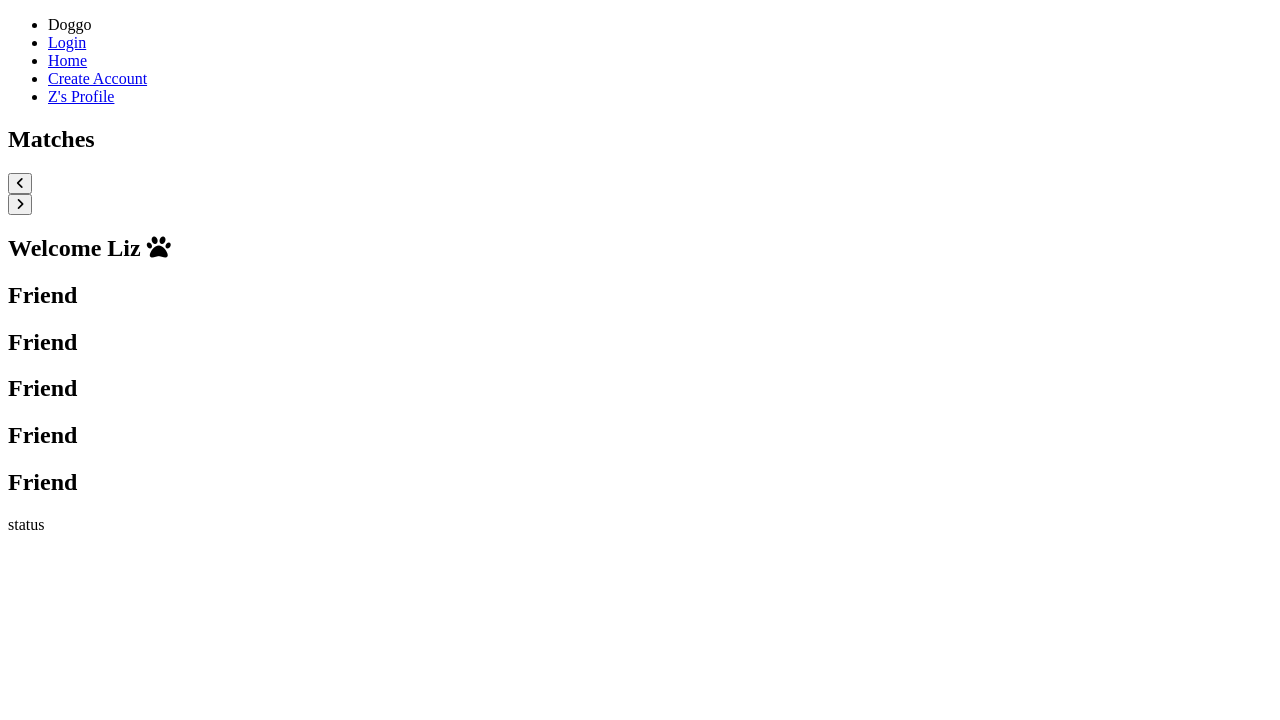
Repository: rh1456/capstone
Page: /1
The author's editor kept a copy of each file at every save. The page is drawn from the files as they stood at one save, then again after a run of saves.
The browser window is 1280 px wide. The pictures show the whole page.
Some web libraries are served in a nearby version. The project was rebuilt for these pictures with package versions that can differ from the ones it lists, and the page was loaded fresh each time. Also part of the build but not shown: src/pages/DoggoLandingPage.jsx, src/pages/CreateAccout.jsx, src/pages/DogProfile.jsx.

Above is the page before, as saved 2019-12-19 14:33:43.

After the next 4 saves:
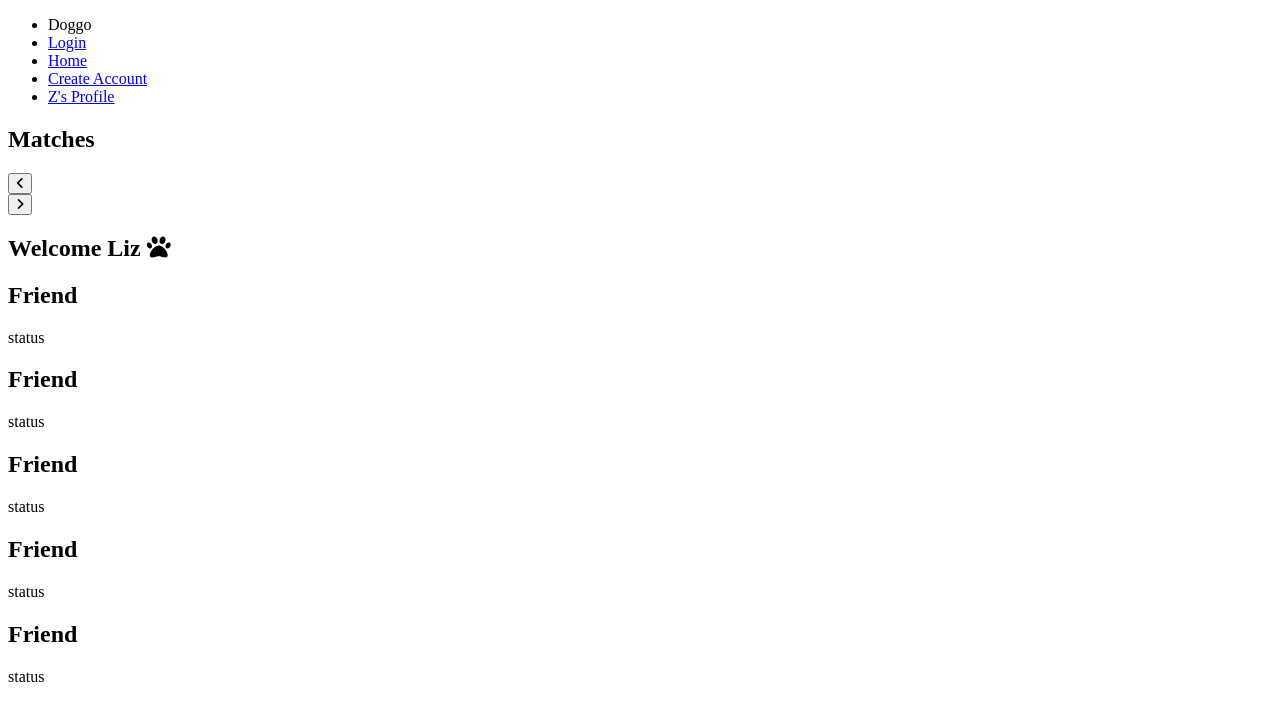
The 4 saves are shown as one change because they came seconds apart.
The last was saved 22 s later.
--- a/src/pages/MainPage.jsx
+++ b/src/pages/MainPage.jsx
@@ -26,15 +26,19 @@ const MainPage = () => {
       <div className="newsfeed">
         <div class="card">
           <h2>Friend</h2>
+          <span>status</span>
         </div>
         <div class="card">
           <h2>Friend</h2>
+          <span>status</span>
         </div>
         <div class="card">
           <h2>Friend</h2>
+          <span>status</span>
         </div>
         <div class="card">
           <h2>Friend</h2>
+          <span>status</span>
         </div>
         <div class="card">
           <h2>Friend</h2>
